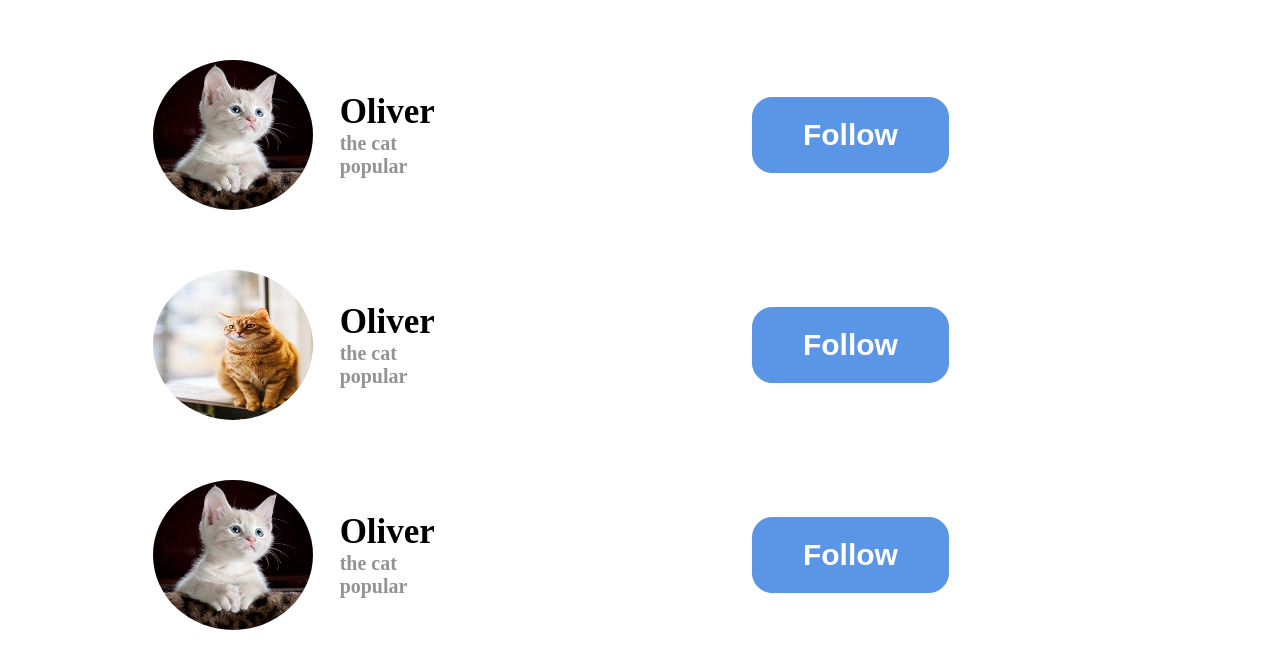
Repository: arifshahriyarnader/css-flexbox
Page: Exercise 4/index.html
An editor plug-in stored every save of this project. The page is shown before and after the next save, followed by the edit.
The browser window is 1280 px wide. The pictures show the whole page.

Above is the page before, as saved 2024-06-21 11:46:27.

After the next save:
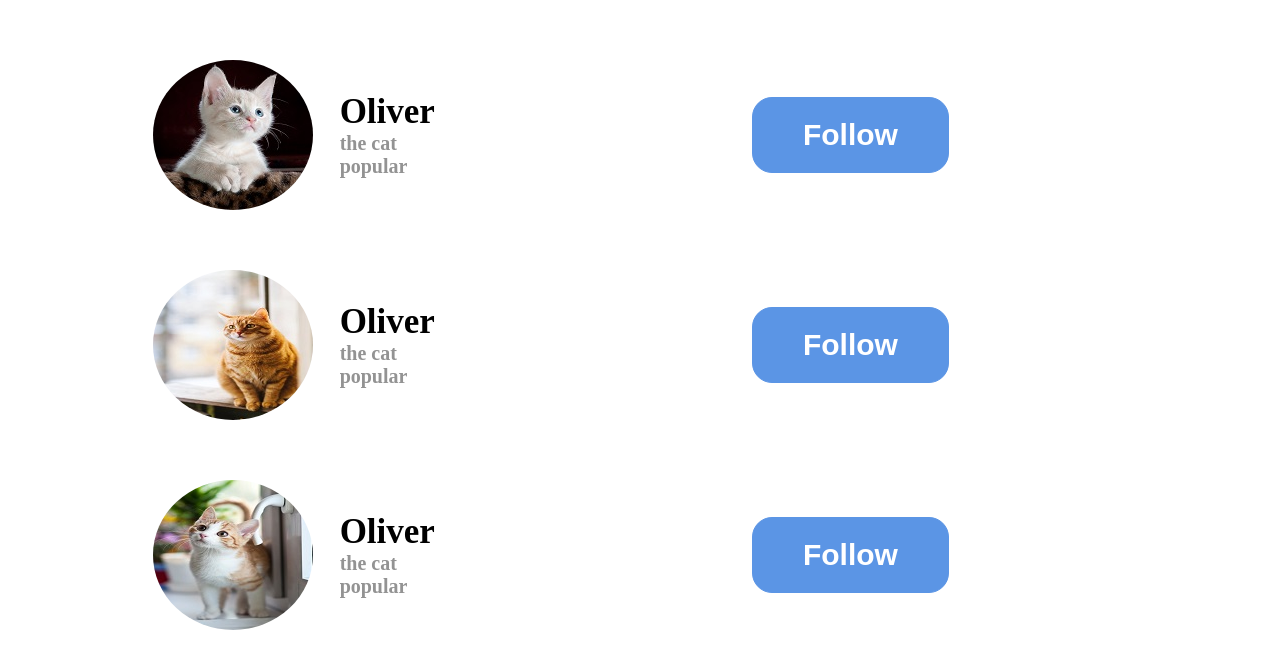
Saved 4 s later.
--- a/Exercise 4/index.html
+++ b/Exercise 4/index.html
@@ -68,7 +68,7 @@
         </div>
 
         <div class="follow">
-            <img src="images/cat1.jpg" alt="cat 1" class="follow_img">
+            <img src="images/cat3.jpg" alt="cat 1" class="follow_img">
             <div class="follow_content">
                 <h3>Oliver</h3>
                 <p>the cat</p>
